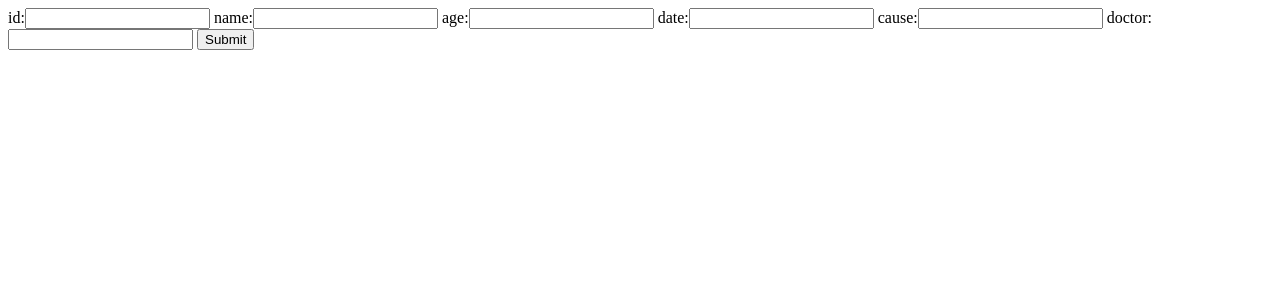
Repository: utkarsh-002/J2EE
Page: http://localhost/patient/info.jsp
The author's editor kept a copy of each file at every save. The page is drawn from the files as they stood at one save, then again after the next save.
The browser window is 1280 px wide. The pictures show the whole page.
The page is served by Tomcat 10. Other server files are loaded and not shown.

Above is the page before, as saved 2022-08-10 19:52:16.

### Itreturns/patient/src/main/webapp/info.jsp
<%@ page language="java" contentType="text/html; charset=ISO-8859-1"
    pageEncoding="ISO-8859-1"%>
<!DOCTYPE html>
<html>
<head>
<meta charset="ISO-8859-1">
<title>Hospital</title>
</head>
<body>
<form action="input" method="get">
id:<input type="text" name="id">
name:<input type="text" name="name">
age:<input type="text" name="age">
date:<input type="text" name="date">
cause:<input type="text" name="cause">
doctor:<input type="text" name="doctor">
<input type=submit>
</form>
</body>
</html>

After the next save:
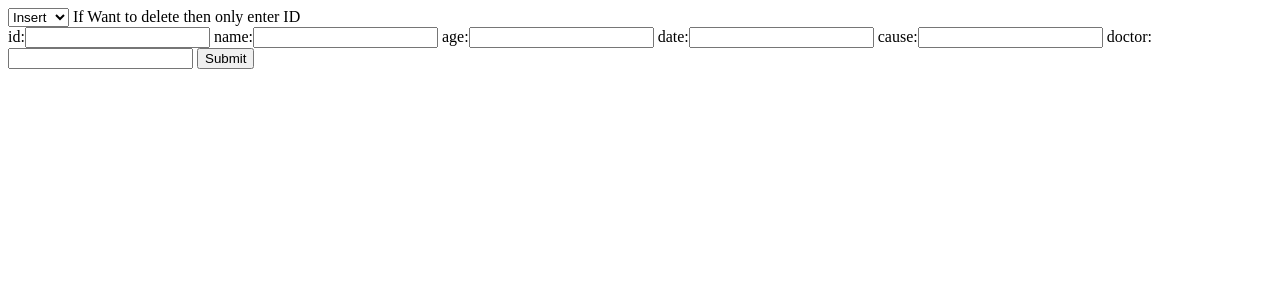
Saved 18 min 57 s later.
--- a/Itreturns/patient/src/main/webapp/info.jsp
+++ b/Itreturns/patient/src/main/webapp/info.jsp
@@ -8,6 +8,11 @@
 </head>
 <body>
 <form action="input" method="get">
+<select name="opt">
+<option>Insert</option>
+<option>Delete</option>
+</select>
+If Want to delete then only enter ID<br>
 id:<input type="text" name="id">
 name:<input type="text" name="name">
 age:<input type="text" name="age">
